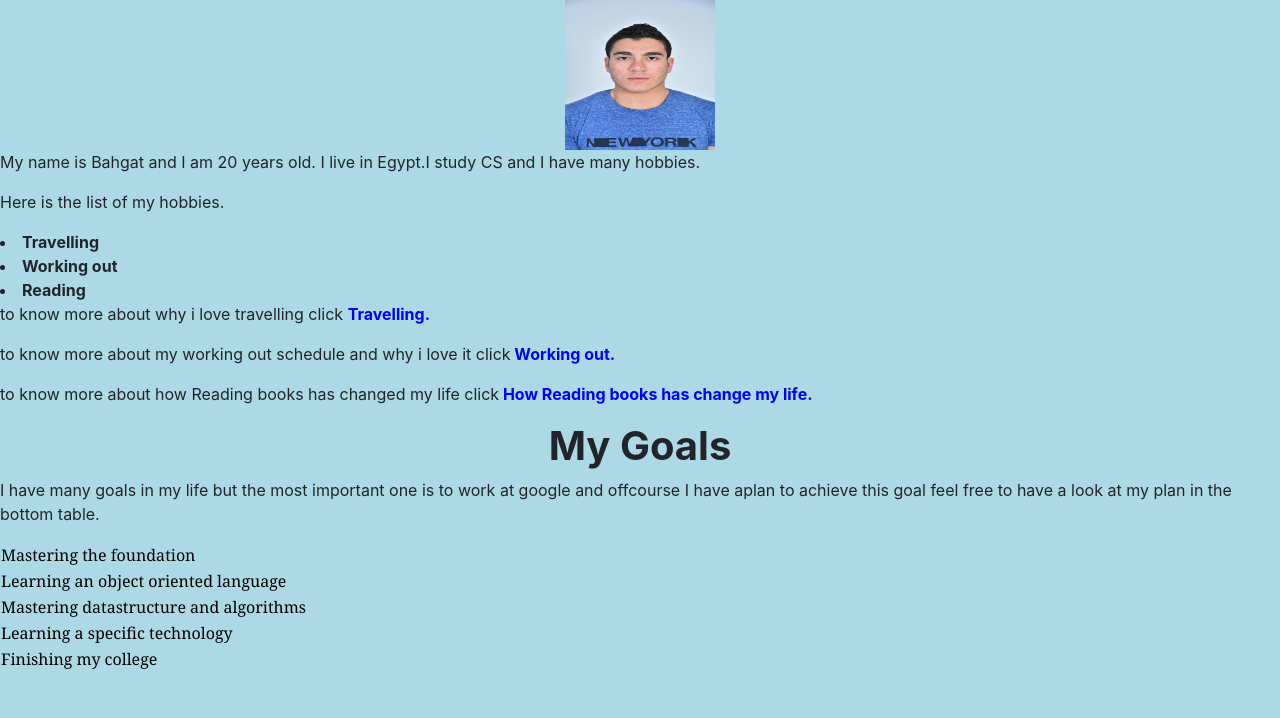
Repository: bahgaat/cs50
Page: environment/pset5/homepage/index.html
The author's editor kept a record of every edit. The page is drawn from the files as they stood at one moment, then again after the next edit.
The browser window is 1280 px wide. The pictures show the whole page.

Above is the page before.

After the next edit:
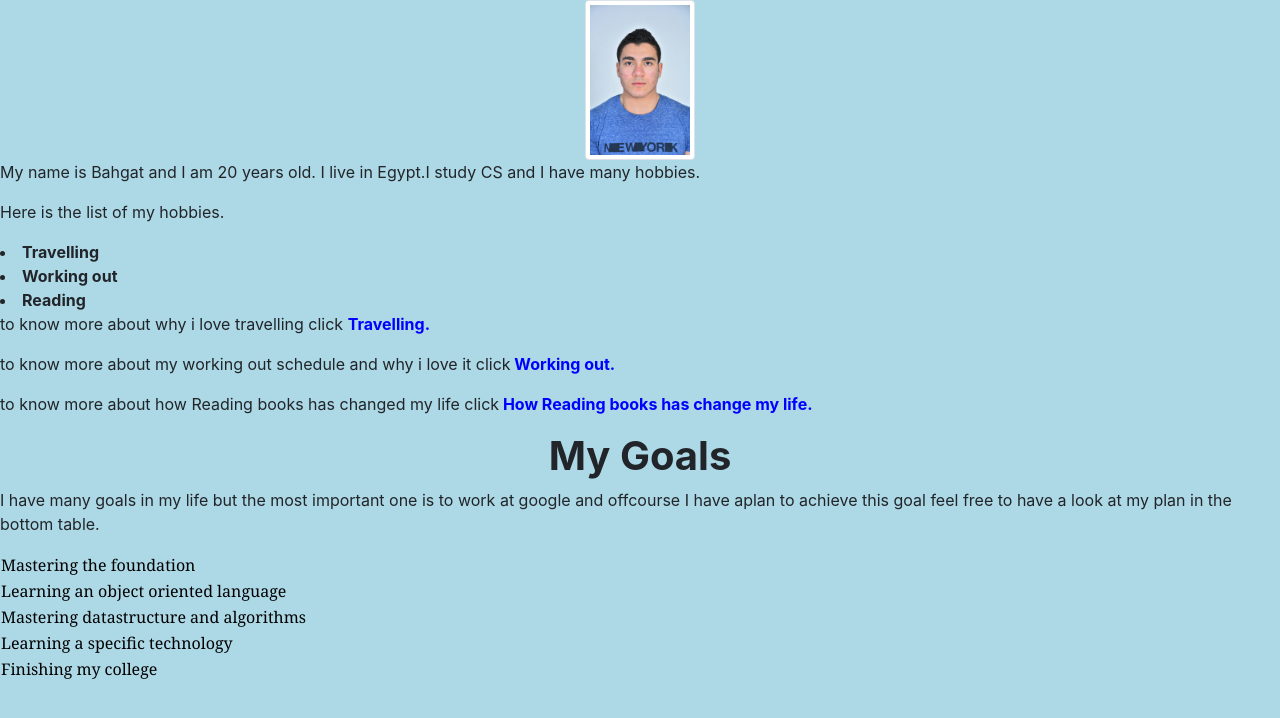
The edit:
--- a/environment/pset5/homepage/index.html
+++ b/environment/pset5/homepage/index.html
@@ -9,7 +9,7 @@
     <body>
 
 
-          <div class="image"><img src=" Bahgat.jpg" class="img-circle" width="150" height="150"></div>
+          <div class="image"><img src=" Bahgat.jpg" class="img-thumbnail" alt="me"width="110" height="110"></div>
           <p>
               My name is Bahgat and I am 20 years old. I live in Egypt.I study CS and I have many hobbies.
           </p>
